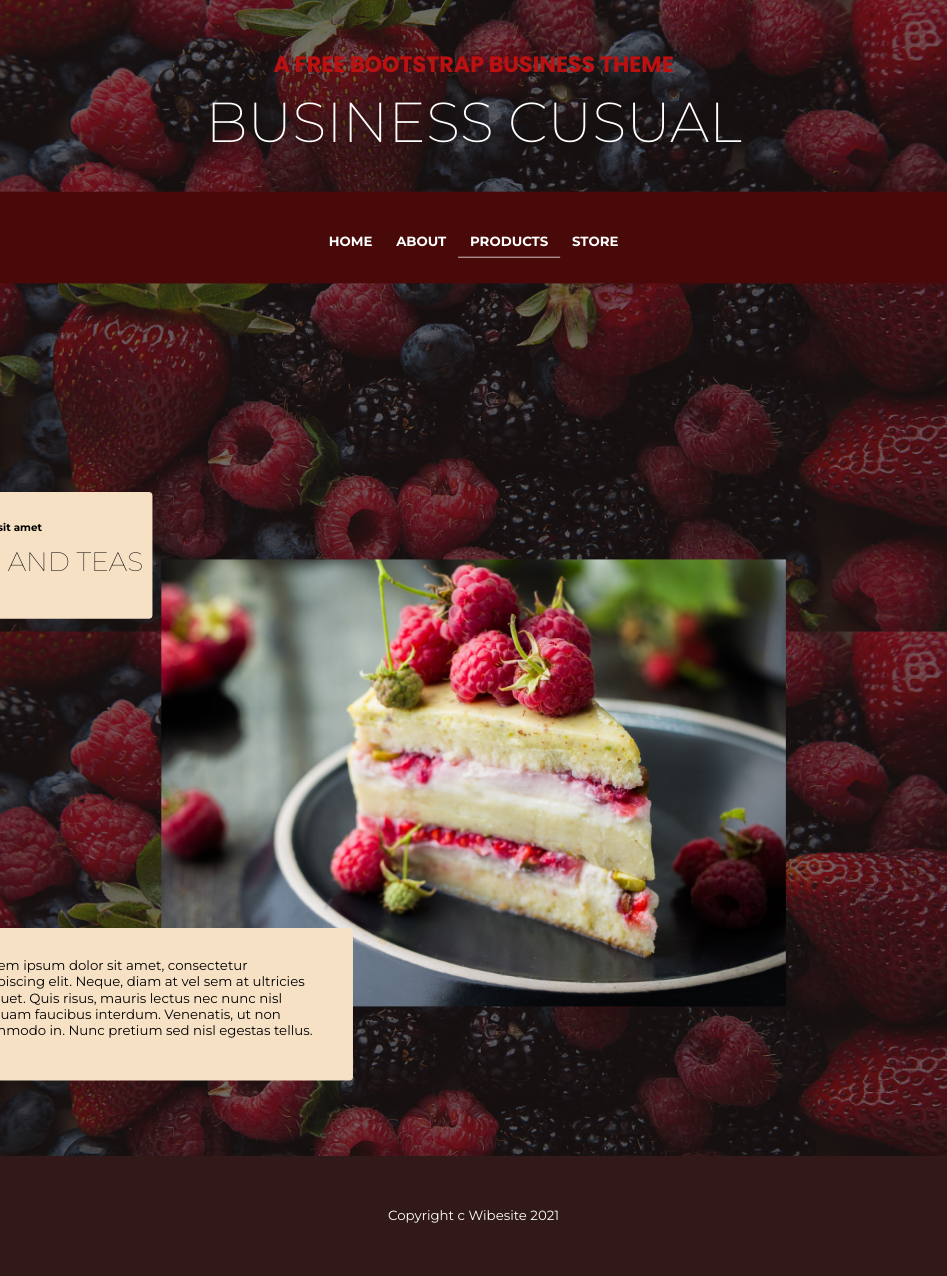
Repository: wadelfadill/tache_7_Business_bootstrap_theme
Page: product.html
These files come from the project's save history. The page is drawn as it stood at one moment and after the next save; the edit follows.
The browser window is 1280 px wide. The pictures show the whole page, at 74% of full size.
Backgrounds fixed to the window are drawn as part of the page.

Above is the page before, as saved 2023-04-28 12:40:53.

### product.html
<!DOCTYPE html>
<html lang="en">
<head>
    <meta charset="UTF-8">
    <meta http-equiv="X-UA-Compatible" content="IE=edge">
    <meta name="viewport" content="width=device-width, initial-scale=1.0">
    <!------ title of website ------>
    <title>Business website</title>
    <!------ Bootstrap cdn link ------>
    <link href="https://cdn.jsdelivr.net/npm/bootstrap@5.1.3/dist/css/bootstrap.min.css" rel="stylesheet" integrity="sha384-1BmE4kWBq78iYhFldvKuhfTAU6auU8tT94WrHftjDbrCEXSU1oBoqyl2QvZ6jIW3" crossorigin="anonymous">
    <!------- css link -------------->
    <link rel="stylesheet" href="css/style.css">
    <link rel="stylesheet" href="css/product_style.css">
    <!---------Google Fonts links ---------->
    <link rel="preconnect" href="https://fonts.googleapis.com">
    <link rel="preconnect" href="https://fonts.gstatic.com" crossorigin>
    <link href="https://fonts.googleapis.com/css2?family=Montserrat:wght@100;200;400;700&family=Poppins:wght@700&display=swap" rel="stylesheet">

</head>
<body>
    <!-- ========== Start Header Section ========== -->
    <header id="header">
        <h2 class="first_title text-center">A FREE BOOTSTRAP BUSINESS THEME</h2>
        <h1 class="second_title text-center">BUSINESS CUSUAL</h1>
        <!-- ========== Start navbar  Section ========== -->
        <nav class="my-auto mt-5">
            <div class="container my-auto">
                <ul class="nav justify-content-center">
                    <li class="nav-item">
                      <a class="nav-link" aria-current="page" href="index.html">HOME</a>
                    </li>
                    <li class="nav-item">
                      <a class="nav-link" href="about.html">ABOUT</a>
                    </li>
                    <li class="nav-item">
                      <a class="nav-link active" href="product.html">PRODUCTS</a>
                    </li>
                    <li class="nav-item">
                      <a class="nav-link" href="store.html">STORE</a>
                    </li>
                </ul>
            </div>
        </nav>
        <!-- ========== End navbar  Section ========== -->
    </header>
    <!-- ========== End Header Section ========== -->
    <!-- ========== Start Main Section ========== -->
    <main>
      <!-- ========== Start First Section ========== -->
      <section id="first_section">
        <div class="container">
          <div class="row justify-content-start gap-0 align-items-center position-relative">
            <!-- <div class="col photo_fisrt position-relative">
              <div class="box-top position-relative top-0 start-100 translate-middle">
                <p class="p1">Lorem ipsum dolor sit amet</p>
                <p class="p2">COFFEE AND TEAS</p>
              </div>
              <div class="box-bottom">
                <p>Lorem ipsum dolor sit amet, consectetur <br>
                  adipiscing elit. Neque, diam at vel sem at ultricies <br>
                  aliquet. Quis risus, mauris lectus nec nunc nisl <br>
                  aliquam faucibus interdum. Venenatis, ut non <br>
                  commodo in. Nunc pretium sed nisl egestas tellus.</p>
              </div>
            </div> -->
            <div class="box-top m-0">
              <p class="p1">Lorem ipsum dolor sit amet</p>
              <p class="p2">COFFEE AND TEAS</p>
            </div>
            <div class="image m-0 p-0 align-self-center text-center">
              <img src="images/gateau-p.png" alt="" class="img-fluid">
            </div>
            <div class="box-bottom">
              <p>Lorem ipsum dolor sit amet, consectetur <br>
                adipiscing elit. Neque, diam at vel sem at ultricies <br>
                aliquet. Quis risus, mauris lectus nec nunc nisl <br>
                aliquam faucibus interdum. Venenatis, ut non <br>
                commodo in. Nunc pretium sed nisl egestas tellus.</p>
            </div>
          </div>
        </div>
      </section>
      <!-- ========== End First Section ========== -->
    </main>
    <!-- ========== End Main Section ========== -->
    <footer id="footer">
        <p class="text-center">Copyright c Wibesite 2021</p>
    </footer>



    <!------ Bootstrap script -------->
    <script src="https://cdn.jsdelivr.net/npm/bootstrap@5.1.3/dist/js/bootstrap.bundle.min.js" integrity="sha384-ka7Sk0Gln4gmtz2MlQnikT1wXgYsOg+OMhuP+IlRH9sENBO0LRn5q+8nbTov4+1p" crossorigin="anonymous"></script>
</body>
</html>

### css/style.css
/* ===== General ====== */

:root{
    --red-color: #BD1111;
    --bg-red:#490909;
    --white-color: #FFFFFF;
    --black-color: #000000;
    --bg-beize:#F6E1C5;
    --bg-red-black: #311919;
    --bg-red-opac:rgba(165, 52, 43, 0.69);
    --red-border: #CD5449;
}
*{
    margin: 0;
    padding: 0;
}
body{
    padding: 0;
    margin: 0;
    background-image: linear-gradient(rgba(34, 24, 24, 0.6), rgba(34, 24, 24, 0.6)), url("../images/1.jpeg");
    background-position: center;
    background-size: cover;
    background-repeat: no-repeat;
    background-attachment: fixed;
}
/* ===== squelette ====== */
/* ===== header section ====== */
/* ===== header titles ======= */
#header .first_title{
    font-family: 'Poppins';
    font-style: normal;
    font-weight: 700;
    font-size: 30px;
    line-height: 45px;
    color: var(--red-color);
    margin-top: 65px;
}
#header .second_title{
    font-family: 'Montserrat';
    font-style: normal;
    font-weight: 200;
    font-size: 76px;
    line-height: 93px;
    color: var(--white-color);
}
/* ====== header navbar ======*/
#header nav{
    background: var(--bg-red);
    height: 124px;
}
#header nav ul li{
    margin-top: 48px;
}
#header nav a{
    font-family: 'Montserrat';
    font-style: normal;
    font-weight: 700;
    font-size: 18px;
    line-height: 22px;
    color: var(--white-color);
}
#header nav a.active{
    padding-bottom: 10px;
    border-bottom: 1px solid white;
}
/* ==== Main section ==========*/
/* main{
    height: 1000px;
} */
/* ====== footer section ====== */
#footer{
    height: 162px;
    background: var(--bg-red-black);
    padding-top: 70px;
}
#footer p{
    font-family: 'Montserrat';
    font-style: normal;
    font-weight: 400;
    font-size: 18px;
    line-height: 22px;
    color: var(--white-color);
}


/* ===== responsive css ======*/
@media screen and (max-width:550px) {
    #header .second_title{
        font-size: 30px;
    }
    #header nav{
        height: max-content;
        padding-bottom: 40px;
    }
}

### css/product_style.css
/* ===== General ====== */

:root{
    --red-color: #BD1111;
    --bg-red:#490909;
    --white-color: #FFFFFF;
    --black-color: #000000;
    --bg-beize:#F6E1C5;
    --bg-red-black: #311919;
    --bg-red-opac:rgba(165, 52, 43, 0.69);
    --red-border: #CD5449;
}


/* ==========first section ========= */
#first_section{
    margin-top: 202px;
    margin-bottom: 202px;
    width: 100%;
}
#first_section .photo_fisrt{
    max-width: 844px;
    height: 604px;
    background: url("../images/gateau-p.png");
    background-size: cover;
    background-repeat: no-repeat;
    align-self: center;
}
.box-top{
    max-width: 413px;
    min-height: 150px;
    background: var(--bg-beize);
    padding-top: 39px;
    padding-bottom: 39px;
    border-radius: 5px;
    width: max-content;
    position: relative;
    bottom: -80px !important;
    right: 20%;
}
.box-top .p1{
    font-family: 'Montserrat';
    font-style: normal;
    font-weight: 600;
    font-size: 14px;
    line-height: 17px;
    color: #000000;
}
.box-top .p2{
    font-family: 'Montserrat';
    font-style: normal;
    font-weight: 100;
    font-size: 36px;
    line-height: 44px;
    color: #000000;
}
.box-bottom{
    max-width: 521px;
    min-height: 189px;
    padding-top: 40px;
    padding-bottom: 40px;
    position: absolute;
    bottom: -100px;
    left: -10%;
    background: var(--bg-beize);
    border-radius: 5px;
}
.box-bottom p{
    font-family: 'Montserrat';
    font-style: normal;
    font-weight: 400;
    font-size: 18px;
    line-height: 22px;
    color: #000000;
}

/* ============== responsive css ================
@media screen and (max-width:1200px) {
    #first_section .box-bottom{
        left: 50px;
    }
    #first_section .box-top{
        left: 300px !important;
    }

}
@media screen and (max-width:578px) {
    #first_section .box-bottom{
        left: 0px;
        width: auto;
        bottom: 100px;
    }
    #first_section .box-top{
        left: 200px !important;
        width: 70%;
    }
    #first_section .box-top .p1{
        font-size: 10px;
    }
    #first_section .box-top .p2{
        font-size:20px;
    }
    #first_section .photo_fisrt{
        background-size: contain;
    }
}
@media screen and(max-width:400px) {
    #first_section .box-top .p1{
        font-size: auto;
    }
    #first_section .box-top .p2{
        font-size: auto;
    }
    #first_section .box-top{
        left: -100px !important;
        width: 70%;
    }
} */
@media screen and (max-width:1200px) {
    .box-bottom{
        align-self: center;
        left: 0;
        margin: auto;
    }
    .box-top{
        left: 0;
        margin: auto;
    }

}

After the next save:
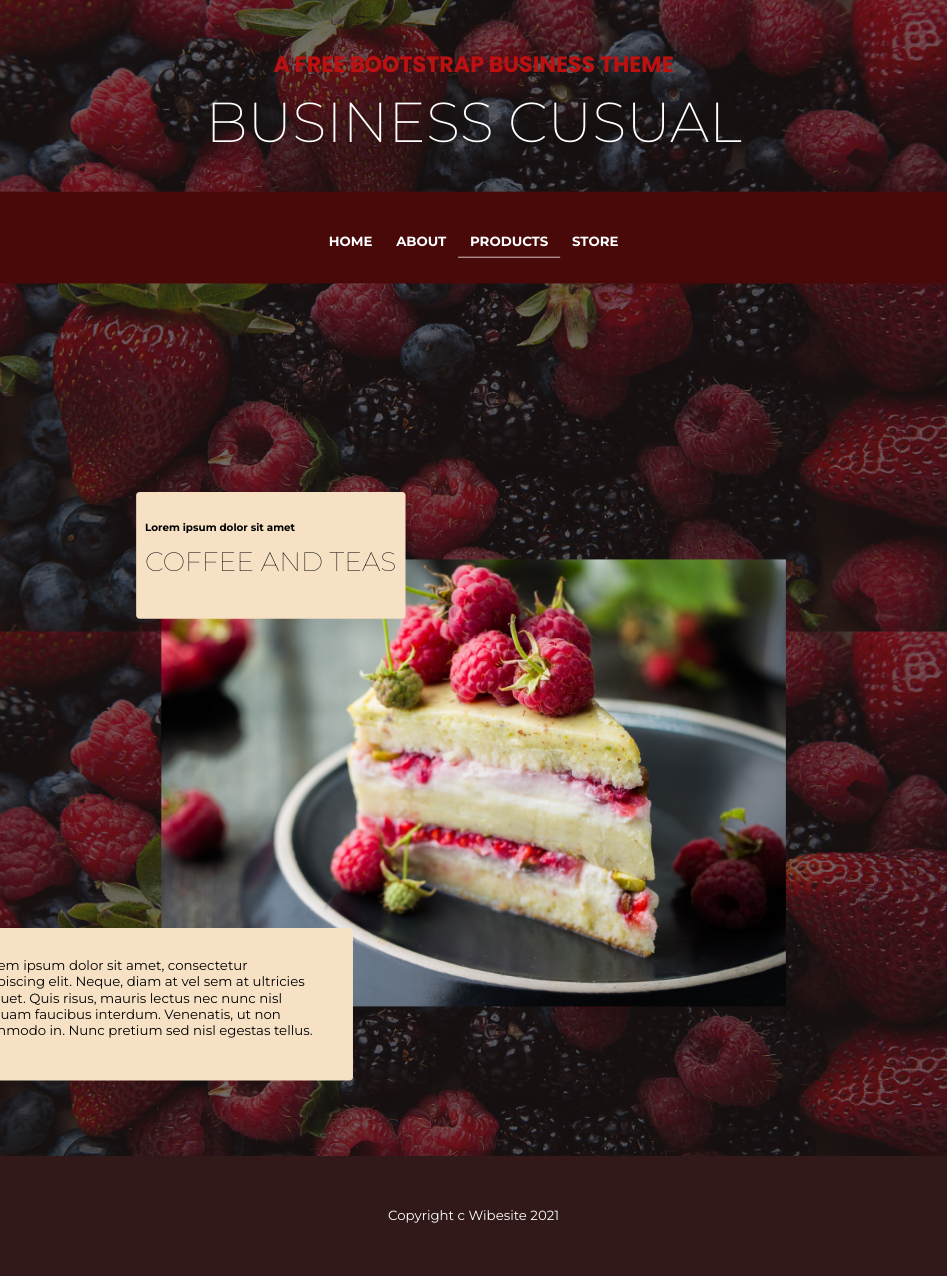
Saved 26 s later.
--- a/css/product_style.css
+++ b/css/product_style.css
@@ -36,7 +36,7 @@
     width: max-content;
     position: relative;
     bottom: -80px !important;
-    right: 20%;
+    right: -10%;
 }
 .box-top .p1{
     font-family: 'Montserrat';
